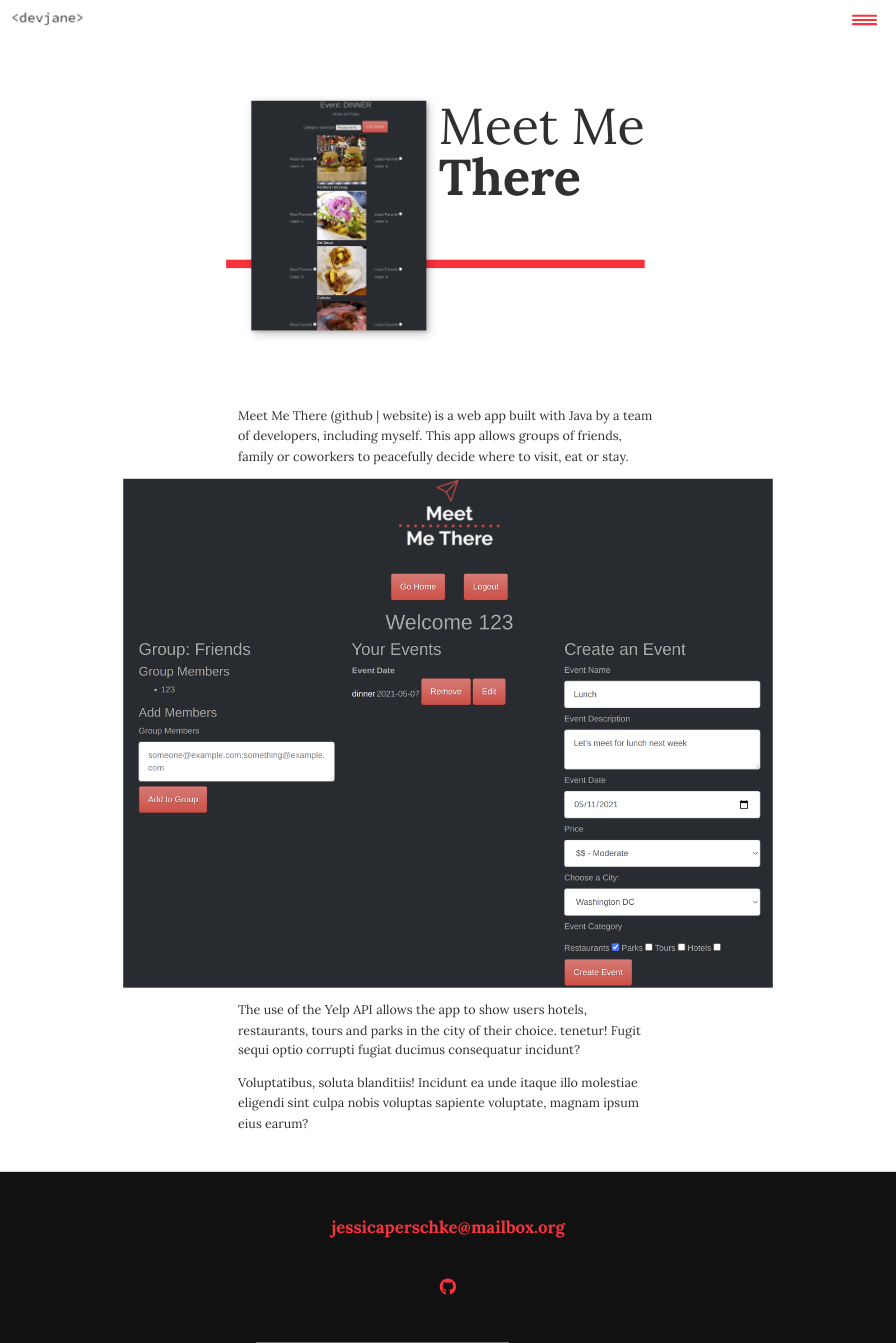
Repository: DinoDime/site
Page: portfolio-item1.html
An editor plug-in stored every save of this project. The page is shown before and after the next save, followed by the edit.
The browser window is 1280 px wide. The pictures show the whole page, at 70% of full size.
Some web libraries are served in a nearby version.

Above is the page before, as saved 2021-05-03 05:52:48.

### portfolio-item1.html
<!DOCTYPE html>
<html lang="en">
  <head>
    <link
      rel="stylesheet"
      href="https://cdnjs.cloudflare.com/ajax/libs/normalize/8.0.1/normalize.css"
    />
    <meta charset="UTF-8" />
    <meta name="viewport" content="width=device-width, initial-scale=1.0" />
    <title>Jess' Portfolio</title>
    <link
      rel="stylesheet"
      href="https://cdnjs.cloudflare.com/ajax/libs/normalize/7.0.0/normalize.min.css"
    />
    <link
      rel="stylesheet"
      href="https://cdnjs.cloudflare.com/ajax/libs/font-awesome/5.11.2/css/all.css"
      integrity="sha256-46qynGAkLSFpVbEBog43gvNhfrOj+BmwXdxFgVK/Kvc="
      crossorigin="anonymous"
    />

    <!-- Update these with your own fonts -->
    <link
      href="https://fonts.googleapis.com/css?family=Lora:400,700|Roboto+Slab:400,700&display=swap"
      rel="stylesheet"
    />

    <link rel="stylesheet" href="css/style.css" />
  </head>
  <body>
    <header>
      <div class="logo">
        <img src="img/devjane.png" alt="" />
      </div>
      <!--Hamburger button-->
      <button class="nav-toggle" aria-label="toggle navigation">
        <span class="hamburger"></span>
      </button>
      <nav class="nav">
        <ul class="nav__list">
          <li class="nav__item">
            <a href="index.html" class="nav__link">Home</a>
          </li>
          <li class="nav__item">
            <a href="index.html#Skills" class="nav__link">Skills</a>
          </li>
          <li class="nav__item">
            <a href="index.html#about" class="nav__link">About me</a>
          </li>
          <li class="nav__item">
            <a href="index.html#work" class="nav__link">My Work</a>
          </li>
        </ul>
      </nav>
    </header>

    <section class="intro">
      <h1 class="section__title section__title--intro">
        Meet Me <strong>There</strong>
      </h1>
      <p class="section__subtitle section__subtitle--intro"></p>
      <img src="img/MeetMeThere.png" alt="" class="intro__img" />
    </section>

    <div class="portfolio-item-individual">
      <p>
        Meet Me There (github | website) is a web app built with Java by a team
        of developers, including myself. This app allows groups of friends,
        family or coworkers to peacefully decide where to visit, eat or stay.
      </p>
      <img src="img/MeetMeThere3.png" alt="" />
      <p>
        The use of the Yelp API allows the app to show users hotels,
        restaurants, tours and parks in the city of their choice. tenetur! Fugit
        sequi optio corrupti fugiat ducimus consequatur incidunt?
      </p>
      <p>
        Voluptatibus, soluta blanditiis! Incidunt ea unde itaque illo molestiae
        eligendi sint culpa nobis voluptas sapiente voluptate, magnam ipsum eius
        earum?
      </p>
    </div>

    <!-- Footer -->
    <footer class="footer">
      <!-- replace with your own email address -->
      <a href="mailto:jessicaperschke@mailbox.org" class="footer__link"
        >jessicaperschke@mailbox.org</a
      >
      <ul class="social-list">
        <li class="social-list__item">
          <a class="social-list__link" href="https://github.com/jl-perschke">
            <i class="fab fa-github"></i>
          </a>
        </li>
      </ul>
    </footer>

    <script src="js/index.js"></script>
  </body>
</html>

### css/style.css
*,
*::before,
*::after {
    box-sizing: border-box;
}

/* Custom Properties, update these for your own design */

:root {
    --ff-primary: 'Lora', serif;
    --ff-secondary: 'Roboto Slab', serif;

    --fw-reg: 400;
    --fw-bold: 700;

    --clr-light: #fff;
    --clr-dark: #303030;
    --clr-accent: #f8333c;

    --fs-h1: 3rem;
    --fs-h2: 2.25rem;
    --fs-h3: 1.25rem;
    --fs-body: 1rem;

    --bs: 0.25em 0.25em 0.75em rgba(0,0,0,.25),
          0.125em 0.125em 0.25em rgba(0,0,0,.15);
}

@media (min-width: 800px) {
    :root {
        --fs-h1: 4.5rem;
        --fs-h2: 3.75rem;
        --fs-h3: 1.5rem;
        --fs-body: 1.125rem;
    }
}

/* General styles */

/* endable this to add smooth scrolling */
/* html {
    scroll-behavior: smooth;
} */


body {
    background: var(--clr-light);
    color: var(--clr-dark);
    margin: 0;
    font-family: var(--ff-primary);
    font-size: var(--fs-body);
    line-height: 1.6;
}

section {
    padding: 5em 2em;
}

img {
    display: block;
    max-width: 100%;
}

strong { font-weight: var(--fw-bold) }

:focus {
    outline: 3px solid var(--clr-accent);
    outline-offset: 3px;
}

/* Buttons */

.btn {
    display: inline-block;
    padding: .5em 2.5em;
    background: var(--clr-accent);
    color: var(--clr-dark);
    text-decoration: none;
    cursor: pointer;
    font-size: .8rem;
    text-transform: uppercase;
    letter-spacing: 2px;
    font-weight: var(--fw-bold);
    transition: transform 200ms ease-in-out;
}

.btn:hover {
    transform: scale(1.1);
}

/* Typography */

h1,
h2,
h3 {
    line-height: 1;
    margin: 0;
}

h1 { font-size: var(--fs-h1) }
h2 { font-size: var(--fs-h2) }
h3 { font-size: var(--fs-h3) }


.section__title {
    margin-bottom: .25em;
}

.section__title--intro {
    font-weight: var(--fw-reg);
}

.section__title--intro strong {
    display: block;
}

.section__subtitle {
    margin: 0;
    font-size: var(--fs-h3);
}

.section__subtitle--intro,
.section__subtitle--about {
    background: var(--clr-accent);
    padding: .25em 1em;
    font-family: var(--ff-secondary);
    margin-bottom: 1em;
}

.section__subtitle--work {
    color: var(--clr-accent);
    font-weight: var(--fw-bold);
    margin-bottom: 2em;
}

/* header */

header {
    display: flex;
    justify-content: space-between;
    padding: 1em;
}

.logo {
    max-width: 100px;
}

.nav {
    position: fixed;
    background: var(--clr-dark);
    color: var(--clr-light);
    top: 0;
    bottom: 0;
    left: 0;
    right: 0;
    z-index: 100;

    transform: translateX(100%);
    transition: transform 250ms cubic-bezier(.5, 0, .5, 1);
}

.nav__list {
    list-style: none;
    display: flex;
    height: 100%;
    flex-direction: column;
    justify-content: space-evenly;
    align-items: center;
    margin: 0;
    padding: 0;
}

.nav__link {
    color: inherit;
    font-weight: var(--fw-bold);
    font-size: var(--fs-h2);
    text-decoration: none;
}

.nav__link:hover {
    color: var(--clr-accent);
}

.nav-toggle {
    padding: .5em;
    background: transparent;
    border: 0;
    cursor: pointer;
    position: absolute;
    right: 1em;
    top: 1em;
    z-index: 1000;
}

.nav-open .nav {
    transform: translateX(0);
}

.nav-open .nav-toggle {
    position: fixed;
}

.nav-open .hamburger {
    transform: rotate(.625turn);
}

.nav-open .hamburger::before {
    transform: rotate(90deg) translateX(-6px);
}

.nav-open .hamburger::after {
    opacity: 0;
}






.hamburger {
    display: block;
    position: relative;
}

.hamburger,
.hamburger::before,
.hamburger::after {
    background: var(--clr-accent);
    width: 2em;
    height: 3px;
    border-radius: 1em;
    transition: transform 250ms ease-in-out;
}


.hamburger::before,
.hamburger::after {
    content: '';
    position: absolute;
    left: 0;
    right: 0;
}

.hamburger::before { top: 6px; }
.hamburger::after { bottom: 6px; }


/*  Intro section  */

.intro {
    position: relative;
}

.intro__img {
    box-shadow: var(--bs);
}

.section__subtitle--intro {
    display: inline-block;
}

@media (min-width: 600px) {
    .intro {
        display: grid;
        width: min-content;
        margin: 0 auto;
        grid-column-gap: 1em;
        grid-template-areas:
            "img title"
            "img subtitle";
        grid-template-columns: min-content max-content;
    }

    .intro__img {
        grid-area: img;
        min-width: 250px;
        position: relative;
        z-index: 2;
    }

    .section__subtitle--intro {
        align-self: start;
        grid-column: -1 / 1;
        grid-row: 2;
        text-align: right;
        position: relative;
        left: -1.5em;
        width: calc(100% + 1.5em);
    }
}



/*  My services section  */

.my-services {
    background-color: var(--clr-dark);
    background-image: url(../img/services-bg.jpg);
    background-size: cover;
    /* background-blend-mode: multiply; */
    color: var(--clr-light);
    text-align: center;
}

.section__title--services {
    color: var(--clr-accent);
    position: relative;
}

.section__title--services::after {
    content: '';
    display: block;
    width: 2em;
    height: 1px;
    margin: 0.5em auto 1em;
    background: var(--clr-light);
    opacity: 0.25;
}

.services {
    margin-bottom: 4em;
}

.service {
    max-width: 500px;
    margin: 0 auto;
}

@media (min-width: 800px) {
    .services {
        display: flex;
        max-width: 1000px;
        margin-left: auto;
        margin-right: auto;
    }

    .service + .service {
        margin-left: 2em;
    }
}


.about-me {
    max-width: 1000px;
    margin: 0 auto;
}

.about-me__img {
    box-shadow: var(--bs);
}

@media (min-width: 600px) {
    .about-me {
        display: grid;
        grid-template-columns: 1fr 200px;
        grid-template-areas:
            "title img"
            "subtitle img"
            "text img";
        grid-column-gap: 2em;
    }

    .section__title--about {
        grid-area: title;
    }

    .section__subtitle--about {
        grid-column: 1 / -1;
        grid-row: 2;
        position: relative;
        left: -1em;
        width: calc(100% + 2em);
        padding-left: 1em;
        padding-right: calc(200px + 4em);
    }

    .about-me__img {
        grid-area: img;
        position: relative;
        z-index: 2;
    }
}

/* My Work */

.my-work {
    background-color: var(--clr-dark);
    color: var(--clr-light);
    text-align: center;
}

.portfolio {
    display: grid;
    grid-template-columns: repeat(auto-fit, minmax(300px, 1fr));
}

.portfolio__item {
    background: var(--clr-accent);
    overflow: hidden;
}

.portfolio__img {
    transition:
        transform 750ms cubic-bezier(.5, 0, .5, 1),
        opacity 250ms linear;
}

.portfolio__item:focus {
    position: relative;
    z-index: 2;
}

.portfolio__img:hover,
.portfolio__item:focus .portfolio__img {
    transform: scale(1.2);
    opacity: .5;
}


/* footer */

.footer {
    background: #111;
    color: var(--clr-accent);
    text-align: center;
    padding: 2.5em 0;
    font-size: var(--fs-h3);

}

.footer a {
    color: inherit;
    text-decoration: none;
}

.footer__link {
    font-weight: var(--fw-bold);
}

.footer__link:hover,
.social-list__link:hover {
    opacity: .7;
}

.footer__link:hover {
    text-decoration: underline;
}

.social-list {
    list-style: none;
    display: flex;
    justify-content: center;
    margin: 2em 0 0;
    padding: 0;
}

.social-list__item {
    margin: 0 .5em;
}

.social-list__link {
    padding: .5em;
}


/* Individual portfolio item styles */

.portfolio-item-individual {
    padding: 0 2em 2em;
    max-width: 1000px;
    margin: 0 auto;
}

.portfolio-item-individual p {
    max-width: 600px;
    margin-left: auto;
    margin-right: auto;
}

Loaded but not shown: js/index.js (common file)

After the next save:
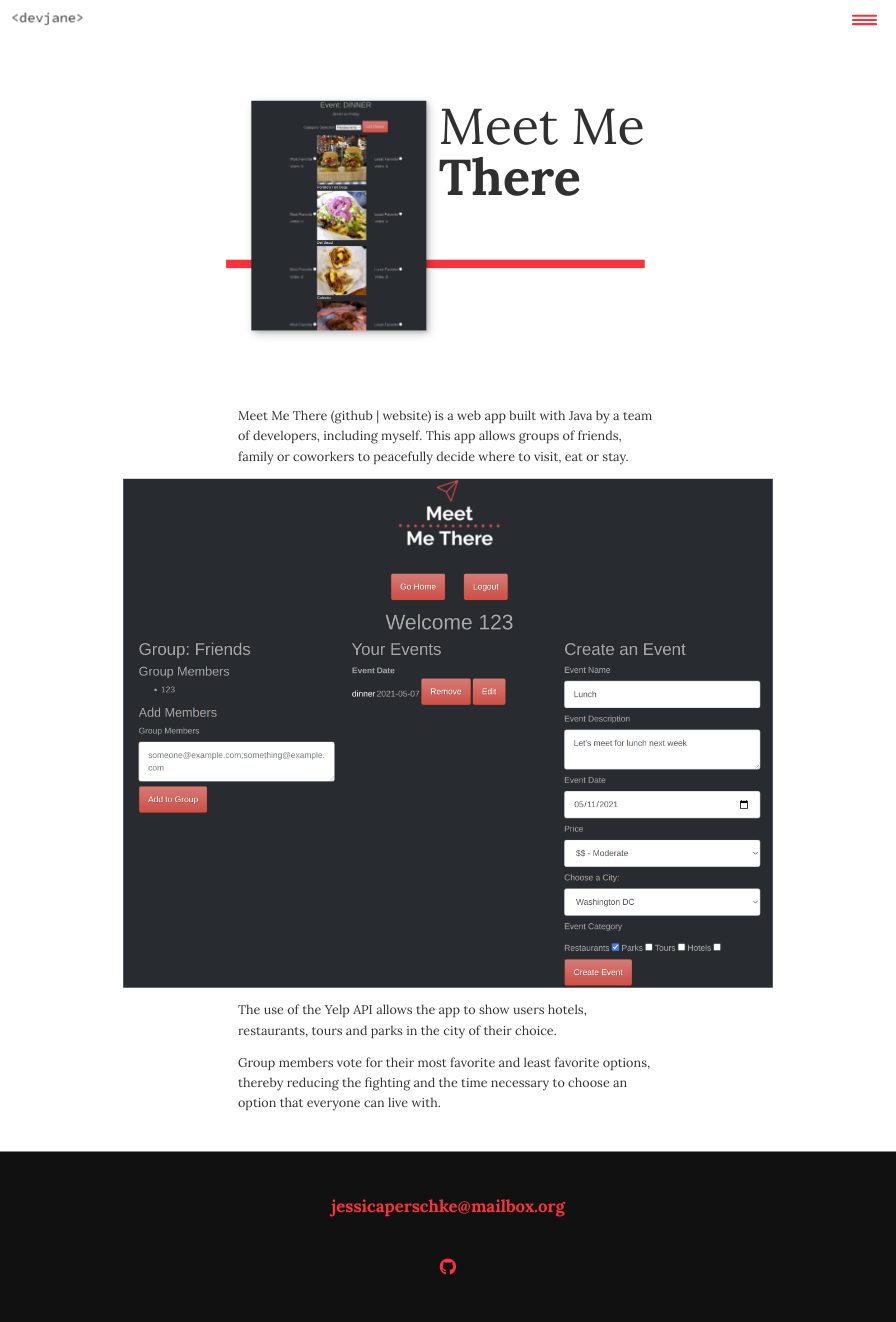
Saved 94 s later.
--- a/portfolio-item1.html
+++ b/portfolio-item1.html
@@ -71,13 +71,12 @@
       <img src="img/MeetMeThere3.png" alt="" />
       <p>
         The use of the Yelp API allows the app to show users hotels,
-        restaurants, tours and parks in the city of their choice. tenetur! Fugit
-        sequi optio corrupti fugiat ducimus consequatur incidunt?
+        restaurants, tours and parks in the city of their choice.
       </p>
       <p>
-        Voluptatibus, soluta blanditiis! Incidunt ea unde itaque illo molestiae
-        eligendi sint culpa nobis voluptas sapiente voluptate, magnam ipsum eius
-        earum?
+        Group members vote for their most favorite and least favorite options,
+        thereby reducing the fighting and the time necessary to choose an option
+        that everyone can live with.
       </p>
     </div>
 
